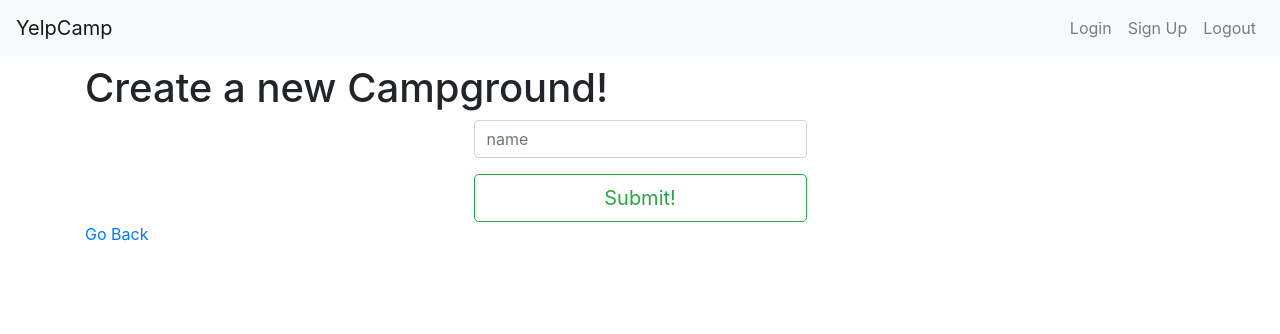
Repository: bosicheng/yelpcamp-project
Page: http://localhost/campgrounds/new
The author's editor kept a record of every edit. The page is drawn from the files as they stood at one moment, then again after the next edit.
The browser window is 1280 px wide. The pictures show the whole page.
Some web libraries are served in a nearby version. The page is served by the project's Node server (YelpCamp/v1/app.js).

Above is the page before.
Console error (its wording comes from the project's code and is left out).

### YelpCamp/v1/views/new.ejs
<% include partials/header %>

<div class='container'>
    <h1>Create a new Campground!</h1>
    <div style="width:30%;margin:0 auto">
        <div class="form-group">
            <input class='form-control' type='text' name='name' placeholder='name'>
        </div>
        <div class="form-group">

        </div>
        <div class="form-group">

        </div>
        <form action='/campgrounds' method='POST'>
        <!--这里的name会变成req.body下的属性-->

        <button class="btn btn-lg btn-outline-success btn-block">Submit!</button>
    </form>
    </div>
    <a href='/campgrounds'>Go Back</a>
</div>

<% include partials/footer %>

### YelpCamp/v1/views/partials/header.ejs
<!DOCTYPE html>
<html>
    <head>
        <title>YelpCamp</title>
        <link rel="stylesheet" href="https://stackpath.bootstrapcdn.com/bootstrap/4.1.3/css/bootstrap.min.css">
        <script src="https://code.jquery.com/jquery-3.2.1.slim.min.js" integrity="sha384-KJ3o2DKtIkvYIK3UENzmM7KCkRr/rE9/Qpg6aAZGJwFDMVNA/GpGFF93hXpG5KkN" crossorigin="anonymous"></script>
        <script src="https://maxcdn.bootstrapcdn.com/bootstrap/4.0.0-beta/js/bootstrap.min.js" integrity="sha384-h0AbiXch4ZDo7tp9hKZ4TsHbi047NrKGLO3SEJAg45jXxnGIfYzk4Si90RDIqNm1" crossorigin="anonymous"></script>
        <script src="https://cdnjs.cloudflare.com/ajax/libs/popper.js/1.11.0/umd/popper.min.js" integrity="sha384-b/U6ypiBEHpOf/4+1nzFpr53nxSS+GLCkfwBdFNTxtclqqenISfwAzpKaMNFNmj4" crossorigin="anonymous"></script>
    </head>
    <body>
        <nav class="navbar navbar-expand-lg navbar-light bg-light mb-2">
          <a class="navbar-brand" href="/">YelpCamp</a>
          <button class="navbar-toggler" type="button" data-toggle="collapse" data-target="#navbarTogglerDemo01" aria-controls="navbarTogglerDemo01" aria-expanded="false" aria-label="Toggle navigation">
            <span class="navbar-toggler-icon"></span>
          </button>
          <div class="collapse navbar-collapse" id="navbarTogglerDemo01">
            <ul class="navbar-nav ml-auto mt-2 mt-lg-0">
              <li class="nav-item">
                <a class="nav-link" href="#">Login</a>
              </li>
              <li class="nav-item">
                <a class="nav-link" href="#">Sign Up</a>
              </li>
              <li class="nav-item">
                <a class="nav-link" href="#">Logout</a>
              </li>
            </ul>
          </div>
        </nav>

### YelpCamp/v1/app.js
var express=require('express');
var app=express();
var bodyParser=require('body-parser')

app.set('view engine','ejs')
app.use(bodyParser.urlencoded({extended:true}));

app.get('/',function(req,res){
    res.render("landing");
})

var campgrounds=[
        {name:'aaa',image:'https://farm4.staticflickr.com/3241/2984981452_e9008b9280.jpg'},
        {name:'bbb',image:'https://farm7.staticflickr.com/6089/6094103869_d53a990c83.jpg'},
        {name:'ccc',image:'https://farm8.staticflickr.com/7284/8744029089_2d4a4d0fd7.jpg'},
        {name:'aaa',image:'https://farm4.staticflickr.com/3241/2984981452_e9008b9280.jpg'},
        {name:'bbb',image:'https://farm7.staticflickr.com/6089/6094103869_d53a990c83.jpg'},
        {name:'ccc',image:'https://farm8.staticflickr.com/7284/8744029089_2d4a4d0fd7.jpg'},
        {name:'aaa',image:'https://farm4.staticflickr.com/3241/2984981452_e9008b9280.jpg'},
        {name:'bbb',image:'https://farm7.staticflickr.com/6089/6094103869_d53a990c83.jpg'},
        {name:'ccc',image:'https://farm8.staticflickr.com/7284/8744029089_2d4a4d0fd7.jpg'},
    ];

app.get('/campgrounds',function(req,res){
    res.render("campgrounds",{campgrounds:campgrounds})
})

app.get('/campgrounds/new',function(req,res){
    res.render('new')
})

// 这里虽然get和post的url是同一个，但是他们是不同的用法所以是不同的route不会相互影响
//如果对get的/campgrounds页面进行修改，post请求去修改campgrounds也应该同样的url，这是convention
app.post("/campgrounds",function(req,res){
    //get data from form and add to campground
    var name=req.body.name;
    var image=req.body.image;
    campgrounds.push({name:name,image:image});
    //redirect to campground page
    res.redirect('/campgrounds')
})

app.listen(process.env.PORT,process.env.IP,function(){
    console.log("Yelpcamp has started!")
})

Loaded but not shown: YelpCamp/v1/views/partials/footer.ejs (common file)

After the next edit:
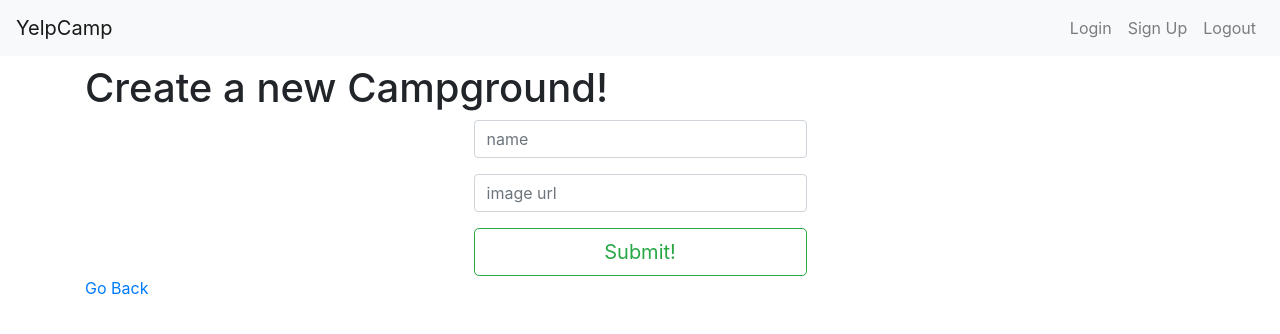
The edit:
--- a/YelpCamp/v1/views/new.ejs
+++ b/YelpCamp/v1/views/new.ejs
@@ -7,7 +7,7 @@
             <input class='form-control' type='text' name='name' placeholder='name'>
         </div>
         <div class="form-group">
-
+            <input class='form-control' tytpe='text' name='image' placeholder='image url'>
         </div>
         <div class="form-group">
 
